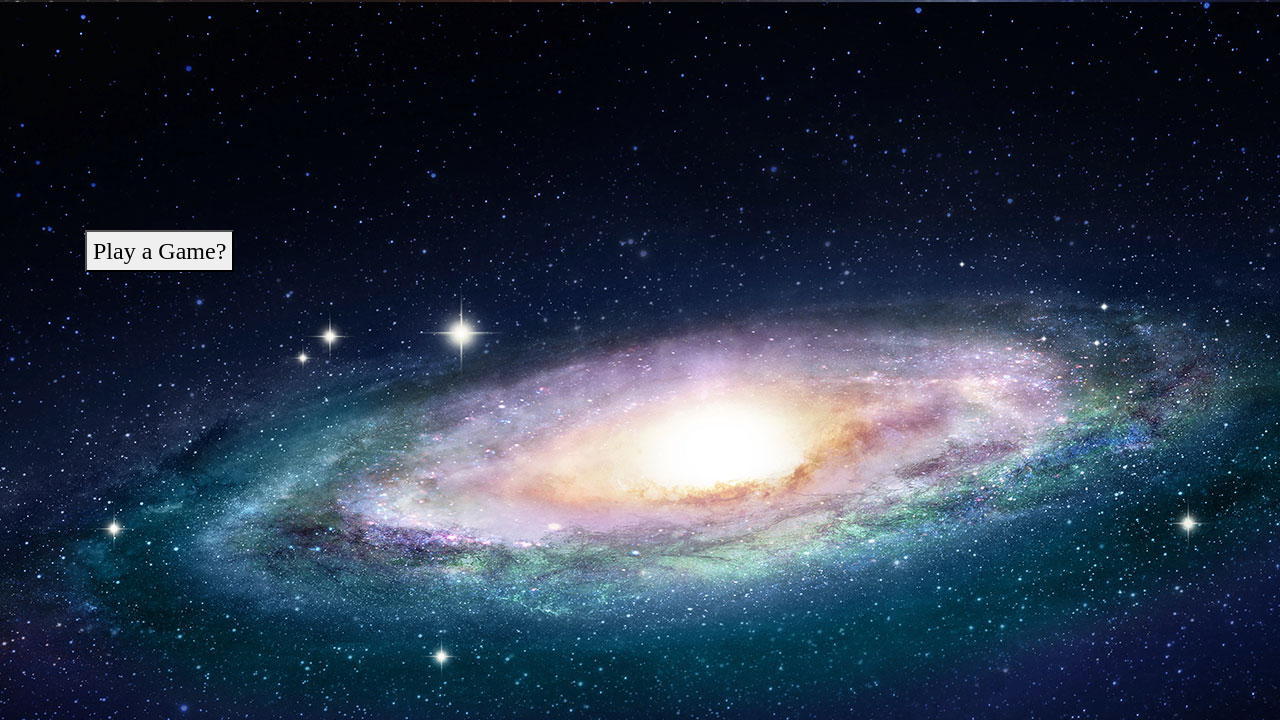
Repository: dsaftler/Trivia
Page: index.html
The author's editor kept a copy of each file at every save. The page is drawn from the files as they stood at one save, then again after the next save.
The browser window is 1280 px wide. The pictures show the whole page.
Some web fonts or font styles are not loaded; a fallback is used.

Above is the page before, as saved 2019-04-13 15:27:16.

### index.html
<!DOCTYPE html>
<html lang="en">
<head>
  <meta charset="UTF-8">
  <meta name="viewport" content="width=device-width, initial-scale=1.0">
  <meta http-equiv="X-UA-Compatible" content="ie=edge">
   <link rel="stylesheet" href="assets/css/reset.css" type="text/css">
  <link rel="stylesheet" href="https://stackpath.bootstrapcdn.com/bootstrap/4.3.1/css/bootstrap.min.css"
    integrity="sha384-ggOyR0iXCbMQv3Xipma34MD+dH/1fQ784/j6cY/iJTQUOhcWr7x9JvoRxT2MZw1T" crossorigin="anonymous">
  <link href="https://fonts.googleapis.com/css?family=Cherry+Swash:700" rel="stylesheet">
  <!-- custom css -->
  <link rel="stylesheet" href="assets/css/style.css" type="text/css">

  <title>Trivia Game</title>
</head>
<body>
<div class="container">
  <div class="scoreElements">
   <div id="showWinsCnt"><span id="wins"></span></div>
   <div id="showLoseCnt"><span id="wrongs"></span></div>
   <div id="showMissCnt"><span id="misses"></span></div>
  </div>
  <div class='playElements'>
    <div class="showTimer"><span id="timer"></span></div>
    <div class="showQuestion"><span id="question"></span></div>
    <ul class=showAnswers>
    <li class="answers" id="answer0"><a href="#"></a></li>
    <li class="answers" id="answer1"><a href="#"></a></li>
    <li class="answers" id="answer2"><a href="#"></a></li>
    <li class="answers" id="answer3"><a href="#"></a></li>
    </ul>
    <div class="tmyk">
      <img class="image">
      <div class="extra"></div>
    </div>
  </div>

  <button id="newGame" onclick="initGame()">Play a Game?</button>
  <!-- <button id="temp1" onclick="newQuestion()">Next Question?</button> -->
</div>

<!-- bootstrap scripts -->
<script src="https://code.jquery.com/jquery-3.3.1.slim.min.js"
  integrity="sha384-q8i/X+965DzO0rT7abK41JStQIAqVgRVzpbzo5smXKp4YfRvH+8abtTE1Pi6jizo" crossorigin="anonymous"></script>
<script src="https://cdnjs.cloudflare.com/ajax/libs/popper.js/1.14.7/umd/popper.min.js"
  integrity="sha384-UO2eT0CpHqdSJQ6hJty5KVphtPhzWj9WO1clHTMGa3JDZwrnQq4sF86dIHNDz0W1" crossorigin="anonymous"></script>
<script src="https://stackpath.bootstrapcdn.com/bootstrap/4.3.1/js/bootstrap.min.js"
  integrity="sha384-JjSmVgyd0p3pXB1rRibZUAYoIIy6OrQ6VrjIEaFf/nJGzIxFDsf4x0xIM+B07jRM" crossorigin="anonymous"></script>
<script src="assets/javascript/app.js"></script>


</body>
</html>

### assets/css/style.css
body {
  height: 100%;
  background-image: url("../images/hubble.jpg");
  /* background-repeat: repeat; */
  max-width: 1536px;
  margin: auto;
  align-content: center;
  font-family: 'Baumans', cursive;
  color:white;
  font-size: 24px;
  font-weight: bolder;
}
.container{
  margin-top: 50px;
}
.scoreElements{
align-content: center;
margin: auto;

}
ul li a {
  color: #8fc7bc);
  display: block;
  text-decoration: none;
  padding: 16px;
  width:50%
}

ul {
  list-style-type: circle;
}

li {
  display: block;
}

ul li a:hover {
  color: #332419;
  display: block;
  text-decoration: none;
}

li:hover {
  background-color:#8fc7bc;
}

### assets/javascript/app.js
// Advanced game has a 30 second timer that counts down to 0 for each question !!!!!!!!!!!!  changed to 15 seconds
// If the timer is 0 OR  a wrong answer is chosen:
  // show the correct answer for 5 seconds
// display a new question
// restart the timer with no user interaction

// questions are contained in an array with question, array of answers, index of correct answer
// question shows in questionId
// "Correct"  or "Correct Answer" shows in answerId
// 4 possible answers show in 4 clickable buttons
// buttons have hover behavior
//  only one can be selected (by click)

// scores for Wins, Losses, and Unanswered are kept (correct, wrong, timer ==0)
// ask to play again in link
// click on play restarts the game without re-loading the page

var qArray =[];
var wins, wrongs, misses, seconds;
var correctAnswerId;
var timer;
var seconds;
var isNewGame = true;
var timerRunning=false;
var i;
var qArrayLength
var sayCorrect
var answerTime=100;
var displayInfoTime=0;

$(document).ready(function () {
  //initGame();  // called by newGame button
  $(".answers").click(function() {
    stopTimer();
    $(".answers").css("pointer-events","none");
    //which answer did I click?
    var target = $(this).attr("id")
    for(let j = 0; j<4; j++) {
      jtarget = "answer" + j
      //console.log(jtarget)
      if (jtarget === target){
        if (j === correctAnswerId){
          showMe("win");
        } else {
          showMe("lose");
        }
      }
    }
  });
});


function initGame() {
  wins = 0;
  wrongs = 0;
  misses = 0;
  $(".scoreElements").hide();
  $(".playElements").hide();
  // $("#showWinsCnt").hide();
  // $("#showLoseCnt").hide();
  // $("#showMissCnt").hide();
  $("#newGame").hide();
  loadQuestions();
  i = 0;
  newQuestion(i);
}

function newQuestion(i)
{
  console.log(i)
  if (i < qArrayLength){
    // show game pieces: question, answers
    $(".playElements").show();
    $("#timer").show();
    // $(".showQuestion").show();
    // $(".answers").show();
    $(".tmyk").hide();
    // $(".extra").hide();
    // $(".image").hide();
    // console.log(qArray[i]);
    q="Question "+(i+1)+":  "
    $("#question").text(q+(qArray[i].question));
    $("#answer0").text(qArray[i].ansArray[0]);
    //console.log(qArray[i].ansArray[0]);
    $("#answer1").text(qArray[i].ansArray[1]);
    $("#answer2").text(qArray[i].ansArray[2]);
    $("#answer3").text(qArray[i].ansArray[3]);
    correctAnswerId = qArray[i].correct;
    correctAnswer = qArray[i].ansArray[correctAnswerId]
    //console.log(qArray[i].ansArray[correctAnswerId]);
    info = qArray[i].extra;
    $(".answers").css("pointer-events", "auto");
    clearInterval(timer)
    seconds = answerTime;
    showTime();
    timer = setInterval(tick, 1000);
  } else {
    gameOver();
  }
}

function gameOver()
{
  $(".playElements").hide();
  // $("#timer").hide();
  // $(".showQuestion").hide();
  // $(".answers").hide();
  // $(".extra").hide();
  // $(".image").hide();
  $(".scoreElements").show();
  $("#showWinsCnt").text(wins + " Correct")
 // $("#showWinsCnt").show();

  $("#showLoseCnt").text( wrongs + " Wrong")
  //$("#showLoseCnt").show();

  $("#showMissCnt").text(  misses + " Time-Outs")
 // $("#showMissCnt").show();
  //$("#wins").text(wins);
  // $("#wrongs").text(wrongs);
  // $("#misses").text(misses);
  $("#newGame").text("Play Again?"); // calls initGame
  $("#newGame").show();
}


//  The decrement function.
function tick()
{
  seconds--;
  if (seconds < 0) {
    //  ...run the stop function.
    stopTimer()
    showMe("miss");
    return;
  }
  showTime();

}

function stopTimer()
{
  clearInterval(timer);
 // $("#answers").pointerEvents="none";
 $("#answers")
}

//  Execute the run function.
function showTime()
{
 $("#timer").html("<h2>" + seconds + "</h2>");
 //console.log(seconds);
}
function showMe(result){
  switch (result){
    case "win":
      //alert("Correct");
      sayCorrect="Correct! "
      wins++;
      break;
    case "lose":
      //alert("Incorrect");
      sayCorrect = 'The correct answer was: '  + correctAnswer
      wrongs++
      break;
    case "miss":
      $("#timer").html("<h2>Timed-Out</h2>");
      sayCorrect= 'The answer was:  ' + correctAnswer
      misses++;
      break;
   }
  showExtra();
  setTimeout(displayPause, 1000 * displayInfoTime)

  }
function showExtra(){
  imgUrl = qArray[i].image
  $(".image").attr({"src":imgUrl, "alt": qArray[i].imageAlt});

  //console.log("<img src=" + qArray[i].image + ">");
  $(".extra").html(sayCorrect + "<br/>" + qArray[i].extra);
  $(".tmyk").show();
  //$(".extra").show();
  //$(".image").show();

}
function displayPause(){
  stopTimer();
  clearTimeout();
  i++;
  newQuestion(i)
}

function loadQuestions(){
qArray = [
    {
      question: "How many moons are in our Solar System?",
      correct: 3,
      ansArray: [25, 50, 97, 181],
      image: "assets/images/Moons_of_solar_system.jpg",
      imgAlt: "Moons of the solar system",
      extra: "These moons (also known as natural satellites) vary greatly in size and quantity per planet. For example, the largest moon is Jupiter’s Ganymede, and the smallest is Mar’s Deimos. Ganymede has a diameter of 3,273 miles, and Deimos has a diameter of 7 miles."

    },
    {
      question: "What percent of the universe is dark matter? (Plus or minus 2%.)",
      correct: 1,
      ansArray: ["15%", "27%", "50%", "80%"],
      image: "assets/images/darkmatter.png",
      imgAlt:"Dark matter web",
      extra: "The rest of the universe is around 68% dark energy, and less than 5% of the universe is made up of what we would consider ‘normal’ matter. This means that roughly 80% of the mass of the universe is made up of material we cannot see."
    },
    {
      question: "What is the most common type of star found in the Milky Way?",
      correct: 1,
      ansArray: ["Neutron stars", "Red dwarf stars", "Supernovae", "G-type"],
      image: "assets/images/Red-dwarf-infographic.jpg",
      imgAlt: "Types of Stars Infographic",
      extra: "Red dwarf stars make up an estimated ¾ of all stars found in the Milky Way. The surface temperature of red dwarf stars is less than 4,000 Kelvin, and they have a very low luminosity and therefore cannot be easily seen. In fact, from Earth not one red dwarf star can be seen with the naked eye. Since they develop very slowly and are constant for trillions of years, there are actually no advanced stars of this type in our galaxy because our galaxy is too young!"
    },
    {
      question: "What is the closest star to the Sun?",
      correct: 0,
      ansArray: ["Proxima Centauri", "Tau Ceti", "51 Pegasi", "Rigel"],
      image: "assets/images/proxima_centauri_main.jpg",
      imgAlt: "Proxima Centauri",
      extra: "Proxima Centauri is a red dwarf star located in Alpha Centauri system, which is in the Centaurus constellation. Alpha Centauri is actually a triple star system with Proxima Centauri being the closest to the sun. It is 4.24 light years away from the sun, and is not visible to the naked eye from Earth."
    },
    {
      question: "What has a gravitational pull so strong that even light cannot escape it?",
      correct: 2,
      ansArray: ["Quantum Gravity", "True Love", "Black Hole", "Worm Hole"],
      image: "assets/images/blackhole.jpg",
      imgAlt: "Black Hole",
      extra: "Black holes are one of the deadliest things in the universe. They are formed when a star with a mass more than three times that of our sun dies and collapses onto itself after an explosion called a supernova. Black holes can siphon the gas out of stars until they vanish. They can even break apart and swallow planets."
    },
    {
      question: "Which NASA space flight was the last manned mission to the moon?",
      correct: 3,
      ansArray: ["Gemini 12", "Skynet 1.0", "Apollo 13","Apollo 17"],
      image: "assets/images/moon-landing.jpg",
      imgAlt: "Moon Landing",
      extra: "Apollo 17 launched on December 7, 1972 as the first night launch done by NASA. It was also the final mission of NASA’s Apollo program. Apollo 17 was the last time humans traveled beyond low Earth orbit. The mission also boasted that at the time it had the longest moon landing, largest lunar samples, longest time in orbit, and the longest total moonwalks."
    },
    {
      question: "What is the longest continuous time a human has spent in space? (Plus or minus 20 days.)",
      correct: 2,
      ansArray: ["37 days", "189 days", "437 days", "682 days"],
      image: "assets/images/poljakov.jpg",
      imgAlt: "Portrait of Poljakov",
      extra: "This amounts to more than 14 months in space. This feat was accomplished by Valeri Polyakov, a Russian astronaut who stayed aboard the Mir space station from January 1994 to March 1995. When Polyakov retired he had over 678 cumulative days in space, and his combined space time was over 22 months."
    },
    {
      question: "How much time does sun rays take to reach earth?",
      correct: 2,
      ansArray: ["58 seconds", "3.5 minutes", "8 minutes", "14 minutes"],
      image: "assets/images/Earth_to_Sun.png",
      imgAlt: "Distance to the Sun",
      extra: "The speed of light in vacuum, commonly denoted c, is a universal physical constant important in many areas of physics. Its exact value is299,792,458 meters per second (approximately 300,000 km/s (186,000 mi/s))."
    },
    {
      question: "When will Halley’s Comet will be visible from Earth again?",
      correct: 2,
      ansArray: ["2024", "2039", "2061", "2101"],
      image: "assets/images/HalleysComet.jpg",
      imgAlt: "Haley's Comet",
      extra: "Halley's Comet is arguably the most famous comet. It is a ‘periodic’ comet and returns to Earth's vicinity about every 75 years, making it possible for a human to see it twice in his or her lifetime. The last time it was here was in 1986, and it is projected to return in 2061."
    },
    {
      question: "How long was the shortest space flight?",
      correct: 0,
      ansArray: ["15 minutes", "73 minutes", "4.5 hours", "3 days"],
      image: "assets/images/freedom7.jpg",
      imgAlt: "Freedom 7 launch",
      extra: "This occurred on May 5, 1961 when Alan Shepard achieved an altitude of 115 miles in NASA’s Freedom 7. He was also the first American in space. Shepard later went on to become the oldest person to walk on the surface of the moon. He achieved this in 1971 during the Apollo 14 mission. At the time, he was 47 years old."
    }
  ]
  qArrayLength=qArray.length;
  //console.log(qArray);
};

Loaded but not shown: assets/css/reset.css (no stored copy; drawn as an empty file)

After the next save:
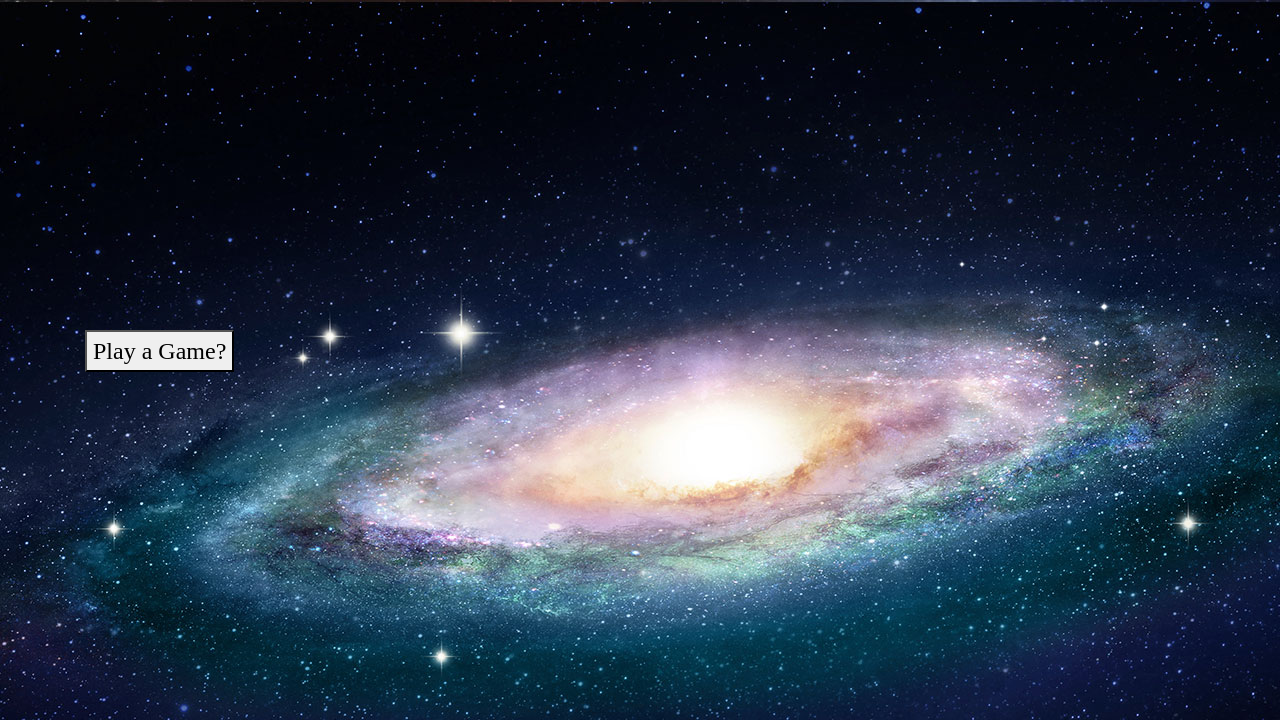
Saved 10 s later.
--- a/assets/css/style.css
+++ b/assets/css/style.css
@@ -11,7 +11,7 @@ body {
   font-weight: bolder;
 }
 .container{
-  margin-top: 50px;
+  margin-top: 150px;
 }
 .scoreElements{
 align-content: center;
